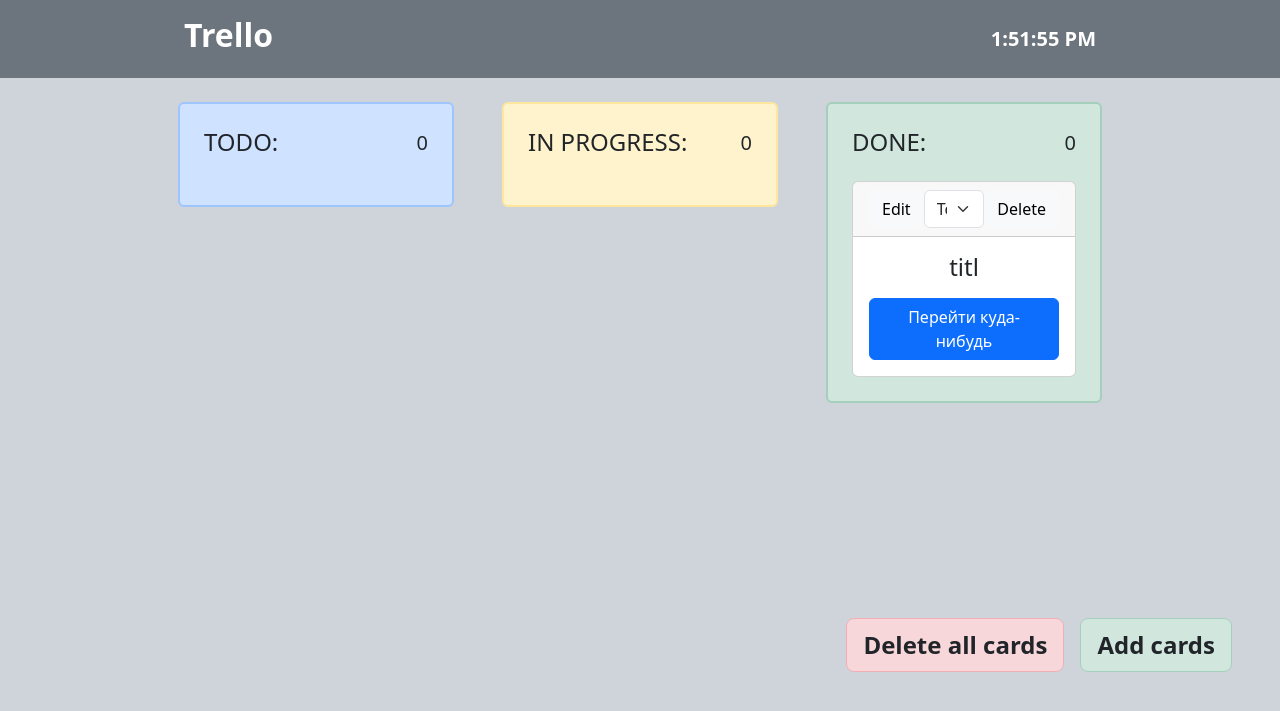
Repository: Valeria154/trello-app-clone
Page: / (app in trello-app-project/)
An editor plug-in stored every save of this project. The page is shown before and after the next save, followed by the edit.
The browser window is 1280 px wide. The pictures show the whole page.
The project was rebuilt for these pictures with package versions that can differ from the ones it lists, and the page was loaded fresh each time. Also part of the build but not shown: trello-app-project/vite.config.js.

Above is the page before, as saved 2025-03-16 22:03:27.

### trello-app-project/src/index.html
<!doctype html>
<html lang="en">

<head>
	<meta charset="UTF-8" />
	<meta name="viewport" content="width=device-width, initial-scale=1.0" />
	<title>Trello</title>
	<script type="module" src="./main.js"></script>
</head>

<body class="bg-dark-subtle">
	<header class="bg-secondary p-3">
		<div class="container d-flex justify-content-between align-items-center mx-autox w-75">
			<h1 class="fs-2 fw-bold text-white">Trello</h1>
			<div class="fs-5 fw-semibold text-white" id="clock"></div>
		</div>
	</header>
	<main class="p-4">
		<div class="container text-center w-75" id="containerTodo">
			<div class="row align-items-start mb-6 gap-5">
				<!-- TODO -->
				<div class="col border border-primary-subtle border-2 rounded-2 text-dark p-4 bg-primary-subtle">
					<div class="d-flex justify-content-between mb-3">
						<h4>TODO:</h4>
						<div id="todoCount" data-role="count" class="fs-5">0</div>
					</div>
					<div id="todo" data-role="status"></div>
				</div>
				<!-- In progress -->
				<div class="col border border-warning-subtle border-2 rounded-2 text-dark p-4 bg-warning-subtle">
					<div class="d-flex justify-content-between mb-3">
						<h4>IN PROGRESS:</h4>
						<div id="progressCount" data-role="count" class="fs-5">0</div>
					</div>
					<div id="progress" data-role="status"></div>
				</div>
				<!-- Done -->
				<div class="col border border-success-subtle border-2 rounded-2 text-dark p-4 bg-success-subtle">
					<div class="d-flex justify-content-between mb-3">
						<h4>DONE:</h4>
						<div id="doneCount" data-role="count" class="fs-5">0</div>
					</div>
					<div id="done" data-role="status">
						<div class="card">
							<div class="card-header d-flex justify-content-between">
								<button type="button" class="btn btn-light">Edit</button>
								<select class="form-select" aria-label="Default select example">
									<option selected value="1">Todo</option>
									<option value="2">In progress</option>
									<option value="3">Done</option>
								</select>
								<button type="button" class="btn btn-light">Delete</button>
							</div>
							<div class="card-body">
								<h4 class="card-title">titl</h4>
								<p class="card-text"></p>
								<a href="#" class="btn btn-primary">Перейти куда-нибудь</a>
							</div>
						</div>
					</div>
				</div>
			</div>
			<div class="d-grid gap-2 d-md-flex justify-content-md-end position-fixed bottom-0 end-0 p-5">
				<button class="btn btn-lg bg-danger-subtle border-danger-subtle me-md-2 fs-4 fw-semibold" type="button"
					id="deleteAllBtn">Delete all
					cards</button>
				<button id="addCardBtn" class="btn btn-lg bg-success-subtle border-success-subtle fs-4 fw-semibold"
					type="button">Add
					cards</button>
			</div>
			<!-- Modal form -->
			<div id="modalFormContainer" class="position-relative block" style="z-index: 20">
				<!-- <div class="d-flex align-items-center justify-content-center position-fixed top-0 start-0 w-100 h-100 bg-dark bg-opacity-50">
					<form id="todoForm" class="p-4 border rounded bg-light text-start fw-semibold w-50 position-relative">
						<div class="mb-3">
							<label for="title" class="form-label fs-5">Title</label>
							<input type="text" class="form-control" id="title" placeholder="Enter todo...">
						</div>
						<div class="mb-3">
							<label for="description" class="form-label fs-5">Description</label>
							<textarea class="form-control p-2 rounded-3" id="description" rows="6"
								placeholder="Write description"></textarea>
						</div>
						<div class="mb-3">
							<label for="user" class="form-label fs-5">User </label>
							<select id="user" class="form-select">
								<option selected value="">Choose user</option>
								<option value="Amelia">Amelia</option>
								<option value="Mary">Mary</option>
								<option value="Thomas">Thomas</option>
								<option value="Harry">Harry</option>
								<option value="Susan">Susan</option>
							</select>
						</div>
						<button type="submit" class="btn btn-primary bg-secondary bg-gradient border-secondary">Add card
							TODO</button>
						<button type="button" class="btn-close position-absolute top-0 end-0 me-4 mt-4"
							aria-label="close"></button>
					</form>
				</div> -->
			</div>
		</div>
	</main>

</body>

</html>

### trello-app-project/src/main.js
import './style.scss'
// import javascriptLogo from './javascript.svg'
// import viteLogo from '/vite.svg'

// const storageKey = 'todos'
// const todos = getDataFromStorage()
// const clockElement = document.querySelector('#clock')
// const containerTodoElement = document.querySelector('.container-todo')
// const formElement = document.querySelector('#form')
// const buttonAddTodoElement = document.querySelector('#addTodoBtn')
// const deleteAllButtonElement = document.querySelector('#deleteAllBtn')
// const [todoContainerElement, inProgressContainerElement, doneContainerElement,] = document.querySelectorAll('[data-role="status-column"]')
// const [todoCountElement, inProgressCountElement, doneCountElement] = document.querySelectorAll('[data-role="count-cards"]')
// // Modals
// const formModalElement = document.querySelector('#formModal')
// const deleteAllModalElement = document.querySelector('#deleteAllModal')
// const confirmBtn = document.querySelector('[data-role="confirm-delete"]');
// const cancelBtn = document.querySelector('[data-role="cancel-delete"]');
// const progressLimitModalElement = document.querySelector('#progressLimitModal')

// const statusArr = ['todo', 'progress', 'done']
const todos = getData()
const clockElement = document.querySelector('#clock')
const addCardBtnElement = document.querySelector('#addCardBtn')
const modalFormElement = document.querySelector('#modalFormContainer')
const formElement = document.querySelector('#form')

const containerTodoElement = document.querySelector('#containerTodo')
const [todoContainerElement, inProgressContainerElement, doneContainerElement] = document.querySelectorAll('[data-role="count"]')
const [todoCountElement, inProgressCountElement, doneCountElement] = document.querySelectorAll('[data-role="status"]')
const todoContainer = document.querySelector('#todo')
const todoCount = document.querySelector('#todoCount')

const statusArr = ['todo', 'inprogress', 'done']

addCardBtnElement.addEventListener('click', handleClickButtonAddCard)
containerTodoElement.addEventListener('submit', handleSubmitForm)

//Часы
function showClock() {
	clockElement.textContent = new Date().toLocaleTimeString()
}
setInterval(showClock, 1000)
showClock()

function handleClickButtonAddCard() {
	if (!formElement) {
		modalFormElement.innerHTML = buildModalForm()
		const btnCloseElement = modalFormElement.querySelector('.btn-close')
		btnCloseElement.addEventListener('click', () => toggleModal(modalFormElement))

		const formElement = modalFormElement.querySelector('#form')
		formElement.addEventListener('submit', handleSubmitForm)
	}
	toggleModal(modalFormElement) // Открываем модальное окно
}

function toggleModal(modal) {
	if (modal.classList.contains('block')) {
		modal.classList.replace('block', 'hidden')
	} else {
		modal.classList.replace('hidden', 'block')
	}
}

function buildModalForm() {
	return `
				<div class="d-flex align-items-center justify-content-center position-fixed top-0 start-0 w-100 h-100 bg-dark bg-opacity-50">
					<form id="form" class="p-4 border rounded bg-light text-start fw-semibold w-50 position-relative">
						<div class="mb-3">
							<label for="title" class="form-label fs-5">Title</label>
							<input type="text" class="form-control" id="title" placeholder="Enter todo...">
						</div>
						<div class="mb-3">
							<label for="description" class="form-label fs-5">Description</label>
							<textarea class="form-control p-2 rounded-3" id="description" rows="6"
								placeholder="Write description"></textarea>
						</div>
						<div class="mb-3">
							<label for="user" class="form-label fs-5">User </label>
							<select id="user" class="form-select">
								<option selected value="">Choose user</option>
								<option value="Amelia">Amelia</option>
								<option value="Mary">Mary</option>
								<option value="Thomas">Thomas</option>
								<option value="Harry">Harry</option>
								<option value="Susan">Susan</option>
							</select>
						</div>
						<button type="submit" class="btn btn-primary bg-secondary bg-gradient border-secondary">Add card
							TODO</button>
						<button type="button" class="btn-close position-absolute top-0 end-0 me-4 mt-4"
							aria-label="close"></button>
					</form>
				</div>
	`
}

function handleSubmitForm(event) {
	event.preventDefault()
	console.log('Форма отправляется!')
	// Получаем данные из формы
	const formData = new FormData(event.target)
	const formDataObject = Object.fromEntries(formData) // преобразуем, полученные иданные, в объект ключ-значение
	console.log('Полученные данные:', formDataObject)

	// const { editedId } = formElement.dataset
	// if (editedId) {
	// 	const editedTodoIndex = todos.findIndex(todo => todo.id == editedId)
	// 	todos[editedTodoIndex] = { ...todos[editedTodoIndex], ...formDataObject }
	// 	setData(todos)
	// 	render(todos)
	// } else {
	if (!formDataObject == '') {
		const newTodo = new Todo(formDataObject) // создаем новую todo с данными из формы
		todos.push(newTodo) // добавление новой задачи в массив
		setData(todos) // сохранение обновленного массива в localStorage
		render(todos) // перерисовка списка задач
	}
	formElement.reset()
	toggleModal(modalFormElement)
	delete formElement.dataset.editedId
}

function getData() {
	return JSON.parse(localStorage.getItem('todos')) || []
}

function setData(todo) {
	localStorage.setItem('todos', JSON.stringify(todo))
}

function countTodos(todos) {
	const todoCountArr = todos.filter(todo => todo.status == 'todo')
	todoCountElement.textContent = todoCountArr.length
	const inProgressArr = todos.filter(todo => todo.status == 'progress')
	inProgressCountElement.textContent = inProgressArr.length
	const doneCountArr = todos.filter(todo => todo.status == 'done')
	doneCountElement.textContent = doneCountArr.length
}

class Todo {
	constructor({ title, description, user, status = '0' }) {
		this.id = Date.now()
		this.createdAt = new Date().toString()
		this.title = title
		this.description = description
		this.user = user
		this.status = statusArr[status]
	}
}

function render(todos = []) {
	todoContainerElement.innerHTML = '' //очищает контейнер задач
	inProgressContainerElement.innerHTML = ''
	doneContainerElement.innerHTML = ''
	todos.forEach(todo => {
		const statusColumn = document.querySelector(`#${todo.status}`)
		statusColumn.insertAdjacentHTML('beforeend', buildTodoTemplate(todo)) //новые задачи будут отображаться внизу так как beforeend вставляет новую задачу в конец контейнера
	})
	countTodos(todos)
	showClock()
}

function buildTodoTemplate({ id, title, description, user, status, createdAt }) {
	const date = currentDate(createdAt)
	return `
	        <div data-id="${id}" class="card bg-white">
            <div class="d-flex justify-content-center" role="group">
                <button type="button" class="btn btn-light" data-role="edit">EDIT</button>
                <select name="status" class="btn btn-light">
                    <option value="todo" ${status == 'todo' ? 'selected' : ''}>Todo</option>
                    <option value="progress" ${status == 'progress' ? 'selected' : ''}>In progress</option>
                    <option value="done" ${status == 'done' ? 'selected' : ''}>Done</option>
                </select>
                <button type="button" class="btn btn-light" data-role="remove">DELETE</button>
            </div>
            <div class="p-4 mb-2">
                <h4 class="text-start fs-5 fw-semibold">${title}</h4>
                <div class="text-start fs-6"><p>${description}</p></div>
            </div>
            <div class="d-flex justify-content-between text-start">
                <div>${user}</div>
                <div>${date}</div>
            </div>
        	</div>
	`
}

function currentDate(date = '', locale = 'ru-RU') {
	const dateTemplate = new Date(date)
	return `${dateTemplate.toLocaleDateString(locale)}, ${dateTemplate.toLocaleTimeString(locale)}`
}
// function currentDate(date = '', locale = 'ru-RU') {
// 	const dateTemplate = new Date(date)
// 	// const dateFormat = {
// 	// 	hour: 'numeric',
// 	// 	minute: 'numeric',
// 	// 	year: 'numeric',
// 	// 	month: 'numeric',
// 	// 	day: 'numeric'
// 	// }
// 	return `${dateTemplate.toLocaleDateString(locale)}, ${dateTemplate.toLocaleTimeString(locale)}`
// 	// return new Intl.DateTimeFormat(locale, dateFormat).format(dateTemplate)
// }

// class Todo {
// 	id = Date.now()
// 	createdAt = new Date().toString()
// 	constructor({ title, description, user, status = '0' }) {
// 		this.title = title
// 		this.description = description
// 		this.user = user
// 		this.status = statusArr[status]
// 	}

### trello-app-project/src/style.scss
@import "bootstrap/scss/bootstrap";

.hidden {
	display: none;
	opacity: 0;
	transition: opacity 0.3s ease;
}

.block {
	display: block;
	opacity: 1;
	transition: opacity 0.3s ease;
}

After the next save:
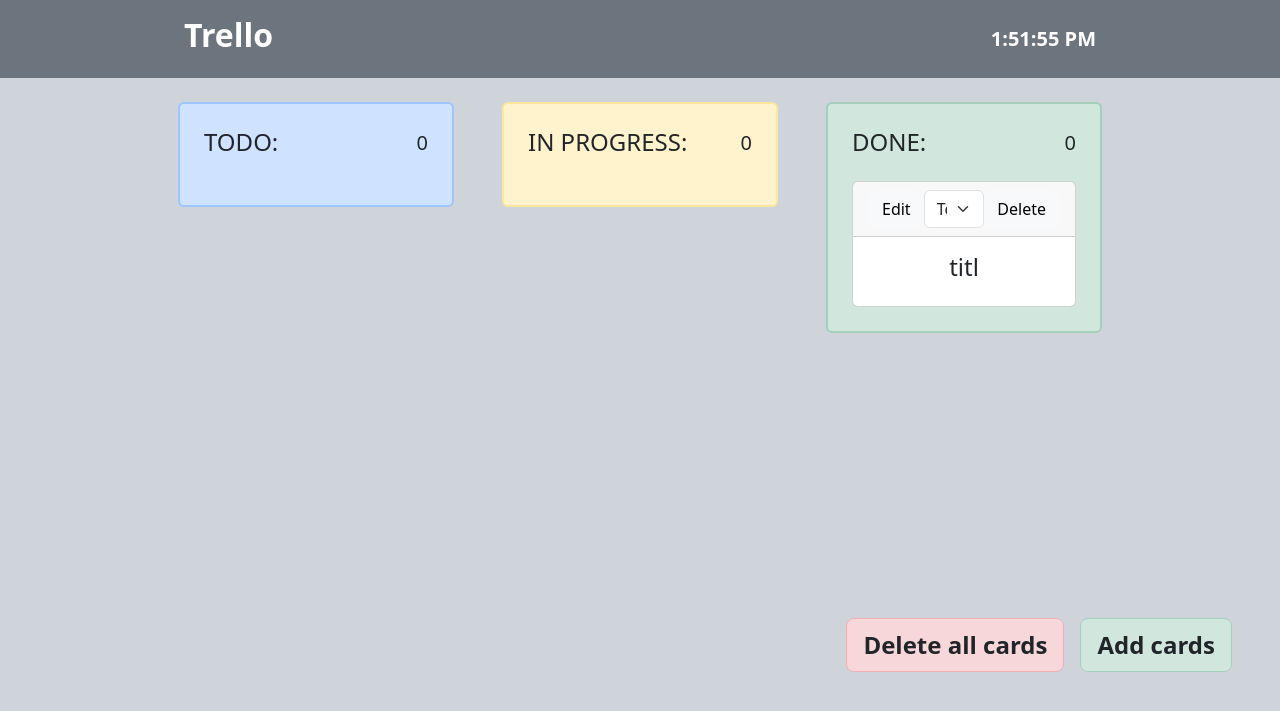
Saved 10 s later.
--- a/trello-app-project/src/index.html
+++ b/trello-app-project/src/index.html
@@ -54,7 +54,6 @@
 							<div class="card-body">
 								<h4 class="card-title">titl</h4>
 								<p class="card-text"></p>
-								<a href="#" class="btn btn-primary">Перейти куда-нибудь</a>
 							</div>
 						</div>
 					</div>
